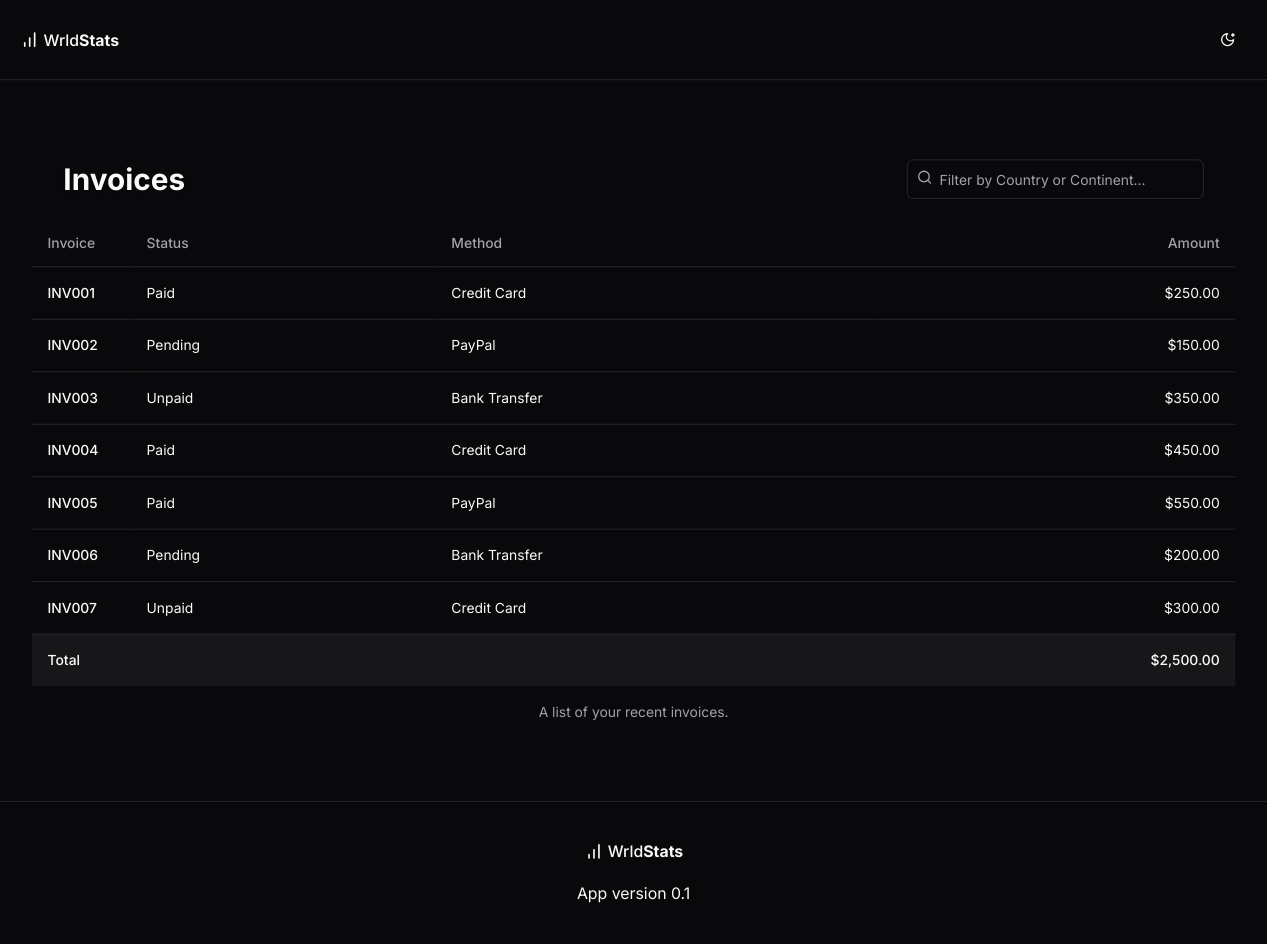
Repository: tushcmd/wrld-stats
Page: /
An editor plug-in stored every save of this project. The page is shown before and after the next save, followed by the edit.
The browser window is 1280 px wide. The pictures show the whole page, at 99% of full size.
The project was rebuilt for these pictures with package versions that can differ from the ones it lists, and the page was loaded fresh each time. The framework's server and built-in components were replaced by stand-ins that run in the browser. Also part of the build but not shown: next.config.mjs.

Above is the page before, as saved 2024-04-22 13:49:48.

### app/layout.tsx
import './globals.css';
import { Inter } from 'next/font/google';

import { Metadata, Viewport } from 'next';
import siteMetadata from '../data/siteMetadata';

import Navbar from '@/components/shared/Navbar';
import Footer from '@/components/shared/Footer';
import AppProviders from '@/components/providers/AppProviders';

const inter = Inter({ subsets: ['latin'] });

export const viewport: Viewport = {
  width: 'device-width',
  initialScale: 1,
  maximumScale: 1,
};

export const metadata: Metadata = {
  metadataBase: new URL(siteMetadata.siteUrl),
  title: {
    default: siteMetadata.title,
    template: `%s | ${siteMetadata.title}`,
  },
  description: siteMetadata.description,
  openGraph: {
    title: siteMetadata.title,
    description: siteMetadata.description,
    url: './',
    siteName: siteMetadata.title,
    locale: 'en',
    type: 'website',
  },
  alternates: {
    canonical: './',
  },
  robots: {
    index: true,
    follow: true,
    googleBot: {
      index: true,
      follow: true,
      'max-video-preview': -1,
      'max-image-preview': 'large',
      'max-snippet': -1,
    },
  },
  twitter: {
    title: siteMetadata.title,
    card: 'summary_large_image',
  },
};

export default function RootLayout({ children }: { children: React.ReactNode }) {
  return (
    <html lang="en" suppressHydrationWarning>
      <body className={inter.className}>
        <AppProviders>
          <Navbar />
          {children}
          <Footer />
        </AppProviders>
      </body>
    </html>
  );
}

### app/page.tsx
import Hero from '@/components/Hero';

export default function Home() {
  return (
    <main className="page-container">
      <Hero />
    </main>
  );
}

### app/globals.css
@tailwind base;
@tailwind components;
@tailwind utilities;

@layer base {
  :root {
    --background: 0 0% 100%;
    --foreground: 240 10% 3.9%;

    --card: 0 0% 100%;
    --card-foreground: 240 10% 3.9%;

    --popover: 0 0% 100%;
    --popover-foreground: 240 10% 3.9%;

    --primary: 240 5.9% 10%;
    --primary-foreground: 0 0% 98%;

    --secondary: 240 4.8% 95.9%;
    --secondary-foreground: 240 5.9% 10%;

    --muted: 240 4.8% 95.9%;
    --muted-foreground: 240 3.8% 46.1%;

    --accent: 240 4.8% 95.9%;
    --accent-foreground: 240 5.9% 10%;

    --destructive: 0 84.2% 60.2%;
    --destructive-foreground: 0 0% 98%;

    --border: 240 5.9% 90%;
    --input: 240 5.9% 90%;
    --ring: 240 10% 3.9%;

    --radius: 0.5rem;
  }

  .dark {
    --background: 240 10% 3.9%;
    --foreground: 0 0% 98%;

    --card: 240 10% 3.9%;
    --card-foreground: 0 0% 98%;

    --popover: 240 10% 3.9%;
    --popover-foreground: 0 0% 98%;

    --primary: 0 0% 98%;
    --primary-foreground: 240 5.9% 10%;

    --secondary: 240 3.7% 15.9%;
    --secondary-foreground: 0 0% 98%;

    --muted: 240 3.7% 15.9%;
    --muted-foreground: 240 5% 64.9%;

    --accent: 240 3.7% 15.9%;
    --accent-foreground: 0 0% 98%;

    --destructive: 0 62.8% 30.6%;
    --destructive-foreground: 0 0% 98%;

    --border: 240 3.7% 15.9%;
    --input: 240 3.7% 15.9%;
    --ring: 240 4.9% 83.9%;
  }

}

@layer base {
  * {
    @apply border-border;
  }
  body {
    @apply bg-background text-foreground;
  }
}

@layer components {

  /* FONT SIZES */
  .h1 {
		@apply text-5xl lg:text-6xl font-bold;
	}
	.h2 {
		@apply sm:text-3xl text-4xl font-bold;
	}
	.h3 {
		@apply text-2xl font-medium;
	}
	.h4 {
		@apply text-xl sm:text-lg font-normal;
	}

  /* LAYOUTS  */
	.layout-container {
		@apply container mx-auto px-5;
	}

	.page-container {
		@apply container py-20 flex flex-col gap-16 max-w-7xl;
	}
}

### data/siteMetadata.ts
const siteMetada = {
        title: "Wrld Stats",
        author: "Tush",
        headerTitle: "Wrld Stats",
        description: "Visualiser for world stats in different countries",
        language: "en",
        theme: "system", // system, dark or light
        siteUrl: "https://tushdev.co/",
        siteLogo: "public/vercel.png",
        locale: "en",
}

export default siteMetada

### components/shared/Navbar.tsx
import React, { FC } from 'react';
import ThemeSwitcherButton from '../ui/ThemeSwitcher';
import Logo from './Logo';

const Navbar: FC = () => {
  return (
    <nav className="border-b py-5">
      <div className="layout-container flex justify-between items-center max-w-7xl">
        <Logo />
        <ThemeSwitcherButton />
      </div>
    </nav>
  );
};

export default Navbar;

### components/shared/Footer.tsx
import React, { FC } from 'react'
import Logo from './Logo'
import { APP_VERSION } from '@/lib/config'

const Footer: FC = () => {
  return (
    <footer className='border-t'>
        <div className='layout-container flex flex-col gap-5 items-center  justify-center py-10'>
            <Logo />
            <p>App version {APP_VERSION}</p>
        </div>

    </footer>
  )
}

export default Footer

### components/providers/AppProviders.tsx
'use client';

import { ThemeProvider } from 'next-themes';
import { FC, ReactNode } from 'react';

interface AppProvidersProps {
  children: ReactNode;
}


const AppProviders: FC<AppProvidersProps> = ({ children }) => {
  return (
    <>
      <ThemeProvider attribute="class" disableTransitionOnChange defaultTheme="dark" enableSystem>
        {children}

      </ThemeProvider>
    </>
  );
};

export default AppProviders;

### components/Hero.tsx
import { Search } from 'lucide-react';
import React, { FC } from 'react';
import { TableDemo } from './list';
import { Input } from './ui/input';

const Hero: FC = () => {
  return (
    <section className="flex flex-col items-center justify-center gap-5">
      <div className='container flex flex-col md:flex-row justify-between items-center'>
        <p className='text-base lg:text-3xl font-bold drop-shadow-sm'>Invoices</p>
        <form className="ml-auto flex-1 sm:flex-initial">
          <div className="relative">
            <Search className="absolute left-2.5 top-2.5 h-4 w-4 text-muted-foreground" />
            <Input
              type="search"
              placeholder="Filter by Country or Continent..."
              className="pl-8 sm:w-[300px] md:w-[200px] lg:w-[300px]" />
          </div>
        </form>
      </div>

      <TableDemo />
    </section>
  );
};


export default Hero;

### components/ui/ThemeSwitcher.tsx
"use client";

import { useTheme } from "next-themes";
import React, { FC, useEffect, useState } from "react";
import { SunIcon,  Laptop, MoonStarIcon } from "lucide-react";
import {
	DropdownMenu,
	DropdownMenuContent,
	DropdownMenuItem,
	DropdownMenuTrigger,
} from "./dropdown-menu";
import { Button } from "./button";

const themes = [
	{
		value: "light",
		label: "Light",
		icon: SunIcon,
	},
	{
		value: "dark",
		label: "Dark",
		icon: MoonStarIcon,
	},
	{
		value: "system",
		label: "System",
		icon: Laptop,
	},
];

const ThemeSwitcher: FC = () => {
  const [mounted, setMounted] = useState(false)
	const { theme, setTheme } = useTheme();
	const currentTheme = themes.find((t) => t.value === theme);
	const ThemeIcon = currentTheme?.icon

  useEffect(() => {
    setMounted(true)
  }, [])

	return mounted && (
		<div className="flex">
			<DropdownMenu  >
				<DropdownMenuTrigger asChild>
					<Button variant="ghost" size={"icon"}>{!!ThemeIcon && <ThemeIcon className="w-4 h-4"/>}</Button>
				</DropdownMenuTrigger>
				<DropdownMenuContent>
					{themes.map(({value, label}) => <DropdownMenuItem role="button" onClick={() => setTheme(value)} key={value}>{label}</DropdownMenuItem>)}
				</DropdownMenuContent>
			</DropdownMenu>
		</div>
	);
};

export default ThemeSwitcher;

### components/shared/Logo.tsx

import { URLS } from "@/lib/urls";
import { BarChart } from "lucide-react";
import Link from "next/link";
import React, { FC } from "react";

const Logo: FC = () => {
	return (
		<Link href={URLS.HOMEPAGE} className="flex items-center gap-1 component-focus rounded-md">
			<BarChart   className="w-5 h-5 fill-current" />
			<h1 className="inline-flex flex-col gap-0 leading-none font-medium">
				<p>Wrld<span className="font-bold">Stats</span></p>
			</h1>
		</Link>
	);
};

export default Logo;

### lib/config.ts
export const APP_VERSION = 0.1

### components/list.tsx
import {
    Table,
    TableBody,
    TableCaption,
    TableCell,
    TableFooter,
    TableHead,
    TableHeader,
    TableRow,
} from "@/components/ui/table"

const invoices = [
    {
        invoice: "INV001",
        paymentStatus: "Paid",
        totalAmount: "$250.00",
        paymentMethod: "Credit Card",
    },
    {
        invoice: "INV002",
        paymentStatus: "Pending",
        totalAmount: "$150.00",
        paymentMethod: "PayPal",
    },
    {
        invoice: "INV003",
        paymentStatus: "Unpaid",
        totalAmount: "$350.00",
        paymentMethod: "Bank Transfer",
    },
    {
        invoice: "INV004",
        paymentStatus: "Paid",
        totalAmount: "$450.00",
        paymentMethod: "Credit Card",
    },
    {
        invoice: "INV005",
        paymentStatus: "Paid",
        totalAmount: "$550.00",
        paymentMethod: "PayPal",
    },
    {
        invoice: "INV006",
        paymentStatus: "Pending",
        totalAmount: "$200.00",
        paymentMethod: "Bank Transfer",
    },
    {
        invoice: "INV007",
        paymentStatus: "Unpaid",
        totalAmount: "$300.00",
        paymentMethod: "Credit Card",
    },
]

export function TableDemo() {
    return (
        <Table className="">
            <TableCaption>A list of your recent invoices.</TableCaption>
            <TableHeader>
                <TableRow>
                    <TableHead className="w-[100px]">Invoice</TableHead>
                    <TableHead>Status</TableHead>
                    <TableHead>Method</TableHead>
                    <TableHead className="text-right">Amount</TableHead>
                </TableRow>
            </TableHeader>
            <TableBody>
                {invoices.map((invoice) => (
                    <TableRow key={invoice.invoice}>
                        <TableCell className="font-medium">{invoice.invoice}</TableCell>
                        <TableCell>{invoice.paymentStatus}</TableCell>
                        <TableCell>{invoice.paymentMethod}</TableCell>
                        <TableCell className="text-right">{invoice.totalAmount}</TableCell>
                    </TableRow>
                ))}
            </TableBody>
            <TableFooter>
                <TableRow>
                    <TableCell colSpan={3}>Total</TableCell>
                    <TableCell className="text-right">$2,500.00</TableCell>
                </TableRow>
            </TableFooter>
        </Table>
    )
}



//import React from 'react'
//
//const List = () => {
//  return (
//    <div>List</div>
//  )
//}
//
//export default List

### components/ui/input.tsx
import * as React from "react"

import { cn } from "@/lib/utils"

export interface InputProps
  extends React.InputHTMLAttributes<HTMLInputElement> {}

const Input = React.forwardRef<HTMLInputElement, InputProps>(
  ({ className, type, ...props }, ref) => {
    return (
      <input
        type={type}
        className={cn(
          "flex h-10 w-full rounded-md border border-input bg-background px-3 py-2 text-sm ring-offset-background file:border-0 file:bg-transparent file:text-sm file:font-medium placeholder:text-muted-foreground focus-visible:outline-none focus-visible:ring-2 focus-visible:ring-ring focus-visible:ring-offset-2 disabled:cursor-not-allowed disabled:opacity-50",
          className
        )}
        ref={ref}
        {...props}
      />
    )
  }
)
Input.displayName = "Input"

export { Input }

### components/ui/button.tsx
import * as React from "react"
import { Slot } from "@radix-ui/react-slot"
import { cva, type VariantProps } from "class-variance-authority"

import { cn } from "@/lib/utils"

const buttonVariants = cva(
  "inline-flex items-center justify-center whitespace-nowrap rounded-md text-sm font-medium ring-offset-background transition-colors focus-visible:outline-none focus-visible:ring-2 focus-visible:ring-ring focus-visible:ring-offset-2 disabled:pointer-events-none disabled:opacity-50",
  {
    variants: {
      variant: {
        default: "bg-primary text-primary-foreground hover:bg-primary/90",
        destructive:
          "bg-destructive text-destructive-foreground hover:bg-destructive/90",
        outline:
          "border border-input bg-background hover:bg-accent hover:text-accent-foreground",
        secondary:
          "bg-secondary text-secondary-foreground hover:bg-secondary/80",
        ghost: "hover:bg-accent hover:text-accent-foreground",
        link: "text-primary underline-offset-4 hover:underline",
      },
      size: {
        default: "h-10 px-4 py-2",
        sm: "h-9 rounded-md px-3",
        lg: "h-11 rounded-md px-8",
        icon: "h-10 w-10",
      },
    },
    defaultVariants: {
      variant: "default",
      size: "default",
    },
  }
)

export interface ButtonProps
  extends React.ButtonHTMLAttributes<HTMLButtonElement>,
    VariantProps<typeof buttonVariants> {
  asChild?: boolean
}

const Button = React.forwardRef<HTMLButtonElement, ButtonProps>(
  ({ className, variant, size, asChild = false, ...props }, ref) => {
    const Comp = asChild ? Slot : "button"
    return (
      <Comp
        className={cn(buttonVariants({ variant, size, className }))}
        ref={ref}
        {...props}
      />
    )
  }
)
Button.displayName = "Button"

export { Button, buttonVariants }

### lib/urls.ts
export enum URLS {
    HOMEPAGE = "/"
}

### components/ui/table.tsx
import * as React from "react"

import { cn } from "@/lib/utils"

const Table = React.forwardRef<
  HTMLTableElement,
  React.HTMLAttributes<HTMLTableElement>
>(({ className, ...props }, ref) => (
  <div className="relative w-full overflow-auto">
    <table
      ref={ref}
      className={cn("w-full caption-bottom text-sm", className)}
      {...props}
    />
  </div>
))
Table.displayName = "Table"

const TableHeader = React.forwardRef<
  HTMLTableSectionElement,
  React.HTMLAttributes<HTMLTableSectionElement>
>(({ className, ...props }, ref) => (
  <thead ref={ref} className={cn("[&_tr]:border-b", className)} {...props} />
))
TableHeader.displayName = "TableHeader"

const TableBody = React.forwardRef<
  HTMLTableSectionElement,
  React.HTMLAttributes<HTMLTableSectionElement>
>(({ className, ...props }, ref) => (
  <tbody
    ref={ref}
    className={cn("[&_tr:last-child]:border-0", className)}
    {...props}
  />
))
TableBody.displayName = "TableBody"

const TableFooter = React.forwardRef<
  HTMLTableSectionElement,
  React.HTMLAttributes<HTMLTableSectionElement>
>(({ className, ...props }, ref) => (
  <tfoot
    ref={ref}
    className={cn(
      "border-t bg-muted/50 font-medium [&>tr]:last:border-b-0",
      className
    )}
    {...props}
  />
))
TableFooter.displayName = "TableFooter"

const TableRow = React.forwardRef<
  HTMLTableRowElement,
  React.HTMLAttributes<HTMLTableRowElement>
>(({ className, ...props }, ref) => (
  <tr
    ref={ref}
    className={cn(
      "border-b transition-colors hover:bg-muted/50 data-[state=selected]:bg-muted",
      className
    )}
    {...props}
  />
))
TableRow.displayName = "TableRow"

const TableHead = React.forwardRef<
  HTMLTableCellElement,
  React.ThHTMLAttributes<HTMLTableCellElement>
>(({ className, ...props }, ref) => (
  <th
    ref={ref}
    className={cn(
      "h-12 px-4 text-left align-middle font-medium text-muted-foreground [&:has([role=checkbox])]:pr-0",
      className
    )}
    {...props}
  />
))
TableHead.displayName = "TableHead"

const TableCell = React.forwardRef<
  HTMLTableCellElement,
  React.TdHTMLAttributes<HTMLTableCellElement>
>(({ className, ...props }, ref) => (
  <td
    ref={ref}
    className={cn("p-4 align-middle [&:has([role=checkbox])]:pr-0", className)}
    {...props}
  />
))
TableCell.displayName = "TableCell"

const TableCaption = React.forwardRef<
  HTMLTableCaptionElement,
  React.HTMLAttributes<HTMLTableCaptionElement>
>(({ className, ...props }, ref) => (
  <caption
    ref={ref}
    className={cn("mt-4 text-sm text-muted-foreground", className)}
    {...props}
  />
))
TableCaption.displayName = "TableCaption"

export {
  Table,
  TableHeader,
  TableBody,
  TableFooter,
  TableHead,
  TableRow,
  TableCell,
  TableCaption,
}

### tailwind.config.ts
import type { Config } from "tailwindcss"


const config = {
  darkMode: ["class"],
  content: [
    './pages/**/*.{ts,tsx}',
    './components/**/*.{ts,tsx}',
    './app/**/*.{ts,tsx}',
    './src/**/*.{ts,tsx}',
	],
  prefix: "",
  theme: {
    container: {
      center: true,
      padding: "2rem",
      screens: {
        "2xl": "1400px",
      },
    },
    extend: {
      colors: {
        border: "hsl(var(--border))",
        input: "hsl(var(--input))",
        ring: "hsl(var(--ring))",
        background: "hsl(var(--background))",
        foreground: "hsl(var(--foreground))",
        primary: {
          DEFAULT: "hsl(var(--primary))",
          foreground: "hsl(var(--primary-foreground))",
        },
        secondary: {
          DEFAULT: "hsl(var(--secondary))",
          foreground: "hsl(var(--secondary-foreground))",
        },
        destructive: {
          DEFAULT: "hsl(var(--destructive))",
          foreground: "hsl(var(--destructive-foreground))",
        },
        muted: {
          DEFAULT: "hsl(var(--muted))",
          foreground: "hsl(var(--muted-foreground))",
        },
        accent: {
          DEFAULT: "hsl(var(--accent))",
          foreground: "hsl(var(--accent-foreground))",
        },
        popover: {
          DEFAULT: "hsl(var(--popover))",
          foreground: "hsl(var(--popover-foreground))",
        },
        card: {
          DEFAULT: "hsl(var(--card))",
          foreground: "hsl(var(--card-foreground))",
        },
      },
      borderRadius: {
        lg: "var(--radius)",
        md: "calc(var(--radius) - 2px)",
        sm: "calc(var(--radius) - 4px)",
      },
      keyframes: {
        "accordion-down": {
          from: { height: "0" },
          to: { height: "var(--radix-accordion-content-height)" },
        },
        "accordion-up": {
          from: { height: "var(--radix-accordion-content-height)" },
          to: { height: "0" },
        },
      },
      animation: {
        "accordion-down": "accordion-down 0.2s ease-out",
        "accordion-up": "accordion-up 0.2s ease-out",
      },
    },
  },
  plugins: [require("tailwindcss-animate")],
} satisfies Config

export default config

const BREAKPOINTS = {
	SM: {
		MIN: 0,
		MAX: 1024,
	},
	LG: {
		MIN: 1025,
		MAX: 1920,
	},
};

### components/Main/Main.tsx
import { useState } from "react";
import CountriesTable from "../CountriesTable/CountriesTable";
import SearchInput from "../SearchInput/SearchInput";

import { Country } from '@/types/item-types'

interface HomeProps {
  countries: Country[];
}

export default function Main({ countries }: HomeProps) {
  const [keyword, setKeyword] = useState('');

  const filteredCountries = countries.filter(
    (country) =>
      country.name.toLowerCase().includes(keyword) ||
      country.region.toLowerCase().includes(keyword) ||
      country.subregion.toLowerCase().includes(keyword)
  );

  const onInputChange = (e: React.ChangeEvent<HTMLInputElement>) => {
    e.preventDefault();
    setKeyword(e.target.value.toLowerCase());
  };


  return (
    <>
      {/* No of countries + InputContainer */}
      <div className="flex justify-between items-center">
        {/* No of countries */}
        <div>{countries.length} countries</div>
        <SearchInput onChange={onInputChange} />
      </div>
      <CountriesTable countries={filteredCountries} />
    </>
  );
}

export async function getStaticProps(): Promise<{ props: HomeProps }> {
  const res = await fetch('https://restcountries.eu/rest/v2/all');
  const countries: Country[] = await res.json();

  return {
    props: {
      countries,
    },
  };
}

### components/SearchInput/SearchInput.tsx
import { Search } from 'lucide-react';
import React, { FC, ChangeEvent } from 'react';
import { Input } from '../ui/input';

interface SearchInputProps {
  onChange: (e: ChangeEvent<HTMLInputElement>) => void;
}

const SearchInput: FC<SearchInputProps> = ({ onChange }) => {
  return (
    <form className="ml-auto flex-1 sm:flex-initial">
      <div className="relative">
        <Search className="absolute left-2.5 top-2.5 h-4 w-4 text-muted-foreground" />
        <Input
          type="search"
          placeholder="Filter by Country or Continent..."
          className="pl-8 sm:w-[300px] md:w-[200px] lg:w-[300px]"
          onChange={onChange}
        />
      </div>
    </form>
  );
};

export default SearchInput;

Loaded but not shown: lib/utils.ts (common file); components/ui/dropdown-menu.tsx (200 lines, source omitted); components/CountriesTable/CountriesTable.tsx (143 lines, source omitted)

After the next save:
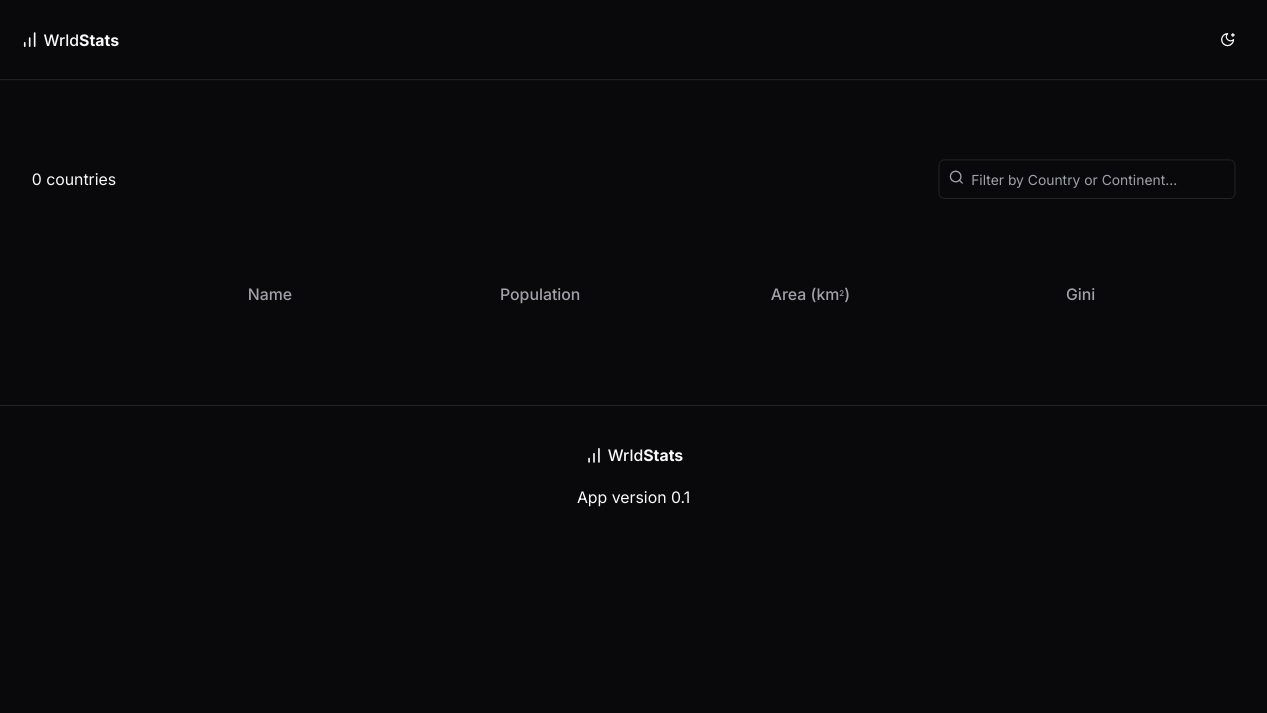
Saved 34 s later.
--- a/app/page.tsx
+++ b/app/page.tsx
@@ -1,9 +1,12 @@
-import Hero from '@/components/Hero';
+//import Hero from '@/components/Hero';
+
+import Main from "@/components/Main/Main";
 
 export default function Home() {
   return (
     <main className="page-container">
-      <Hero />
+      {/*<Hero />*/}
+      <Main countries={[]} />
     </main>
   );
 }
